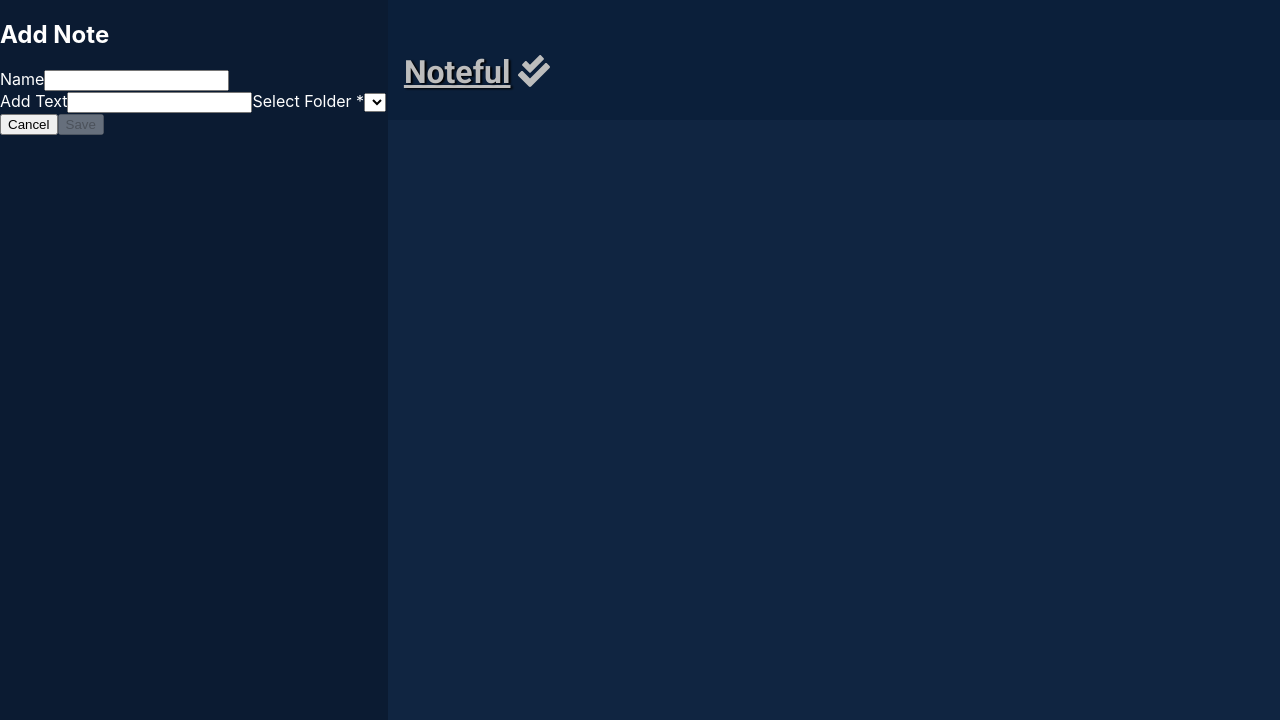
Repository: mhyder1/noteful
Page: /add-note
These files come from the project's save history. The page is drawn as it stood at one moment and after the next save; the edit follows.
The browser window is 1280 px wide. The pictures show the whole page.
The page's requests for data from a server got no answer. The project was rebuilt for these pictures with package versions that can differ from the ones it lists, and the page was loaded fresh each time. No one was signed in, and anything a server would have sent is missing. Also part of the build but not shown: src/CircleButton/CircleButton.css, src/CircleButton/CircleButton.js, src/notes-helpers.js, src/NoteListNav/NoteListNav.css, src/NoteListNav/NoteListNav.js, src/NotePageNav/NotePageNav.css, src/NotePageNav/NotePageNav.js, src/Note/Note.css and 8 more.

Above is the page before, as saved 2020-03-13 09:58:22.

### src/App/App.js
import React, {Component} from 'react';
import {Route, Link} from 'react-router-dom';
import {FontAwesomeIcon} from '@fortawesome/react-fontawesome';
import NoteListNav from '../NoteListNav/NoteListNav';
import NotePageNav from '../NotePageNav/NotePageNav';
import NoteListMain from '../NoteListMain/NoteListMain';
import NotePageMain from '../NotePageMain/NotePageMain';
import ApiContext from '../ApiContext';
import config from '../config';
import AddFolder from '../AddFolder/AddFolder';
import AddNote from '../AddNote/AddNote';
import './App.css';

class App extends Component {
    state = {
        notes: [],
        folders: []
    };

    componentDidMount() {
        Promise.all([
            fetch(`${config.API_ENDPOINT}/notes`),
            fetch(`${config.API_ENDPOINT}/folders`)
        ])
            .then(([notesRes, foldersRes]) => {
                if (!notesRes.ok)
                    return notesRes.json().then(e => Promise.reject(e));
                if (!foldersRes.ok)
                    return foldersRes.json().then(e => Promise.reject(e));

                return Promise.all([notesRes.json(), foldersRes.json()]);
            })
            .then(([notes, folders]) => {
                this.setState({notes, folders});
            })
            .catch(error => {
                console.error({error});
            });
    }

    handleDeleteNote = noteId => {
        this.setState({
            notes: this.state.notes.filter(note => note.id !== noteId)
        });
    };


    addNote = note => {
        this.setState({
            notes: [...this.state.notes, note]
        })
    }

    addFolder = folder => {
        this.setState({
            folders: [...this.state.folders, folder]
        })
    }


    renderNavRoutes() {
        return (
            <>
                {['/', '/folder/:folderId'].map(path => (
                    <Route
                        exact
                        key={path}
                        path={path}
                        component={NoteListNav}
                    />
                ))}
                <Route path="/note/:noteId" component={NotePageNav}  />

                {/*
                    Change render props so that props are sent directly
                */}
                <Route path="/add-folder" render={(props) =>
                    <AddFolder folders={this.state.folders} {...props} />} />
                <Route path="/add-note" render={(props) =>
                    <AddNote folders={this.state.folders} {...props}/> }  />
            </>
        );
    }

    renderMainRoutes() {
        return (
            <>
                {['/', '/folder/:folderId'].map(path => (
                    <Route
                        exact
                        key={path}
                        path={path}
                        component={NoteListMain}
                    />
                ))}
                <Route path="/note/:noteId" component={NotePageMain} />
            </>
        );
    }

    render() {
        const value = {
            notes: this.state.notes,
            folders: this.state.folders,
            deleteNote: this.handleDeleteNote,
            // addNote: this.handleAddNote,
            // addFolder: this.handleAddFolder,
            addNote: this.addNote,
            addFolder: this.addFolder
        };
        return (
            <ApiContext.Provider value={value}>
                <div className="App">
                    <nav className="App__nav">{this.renderNavRoutes()}</nav>
                    <header className="App__header">
                        <h1>
                            <Link to="/">Noteful</Link>{' '}
                            <FontAwesomeIcon icon="check-double" />
                        </h1>
                    </header>
                    <main className="App__main">{this.renderMainRoutes()}</main>
                </div>
            </ApiContext.Provider>
        );
    }
}

export default App;

### src/config.js
export default {
  // API_ENDPOINT: 'https://whispering-lowlands-37902.herokuapp.com'
  API_ENDPOINT: 'http://localhost:9090'
}

### src/AddNote/AddNote.js
import React from 'react';
import { Link } from 'react-router-dom'
import ValidationError from '../AddNote/ValidationError';
import config from '../config';
import NoteError from '../NoteError';
import PropTypes from 'prop-types';
import ApiContext from '../ApiContext';

class AddNote extends React.Component {
    constructor(props) {
        super(props);
        this.state = {
          name: {
            value: '',
            touched: false
          },
          content: '',
          folderId: ''
        }
    }
    static contextType = ApiContext

    updateName(name) {
        this.setState({name: {value: name, touched: true}});
    }

    updateContent(content) {
        this.setState({content: content });
    }

    handleDropdownClick(folderId) {
        console.log(folderId)
        this.setState({folderId: folderId});
    }

    handleSubmit(event) {
        event.preventDefault();
        const {name, folderId, content} = this.state;
        const folderIdInt = parseInt(folderId);


        console.log('handle submit variables name', name );
        console.log('handle submit variables folderId', folderId );
        console.log('handle submit variables content', content );

        let options = {
            method: 'POST',
            body: JSON.stringify({name: name.value, folderid: folderIdInt, content}),
            headers: { 'Content-Type': 'application/json'}
        }
        fetch(`${config.API_ENDPOINT}/note`, options)
            .then(res => res.json())
            .then((result) => {
            this.props.routeProps.history.push('/')
            console.log(result)
            console.log(folderId)

            })
    }

    validateName() {
        const name = this.state.name.value.trim();
        if (name.length === 0) {
          return "Name is required";
        } else if (name.length < 3) {
          return "Name must be at least 3 characters long";
        }
    }

    validateFolder() {
        const folder = this.state.folderID.trim();
        if (folder.length === 0) {
          return "Folder is required";
        }
    }

    render() {
        const {folders} = this.props
        const dropdownItems = folders.map(item => {
            return <option key={item.id} value={item.id}>{item.name}</option>
        })




        return (
            <form className="addnote" onSubmit={e => this.handleSubmit(e)}>
                <h2>Add Note</h2>
                {/* <div className="addnote__hint">* required field</div>   */}
                <div className="form-group">
                    <label htmlFor="name">Name
                    <input type="text" className="name__control"
                        name="name" id="name" onChange={e => this.updateName(e.target.value)}/>
                    {/* {this.state.name.touched && <ValidationError message={'There was an error'} />} */}
                    </label><br />

                    <label htmlFor="content">Add Text
                    <input type="text" className="name__control"
                        name="content" id="content" onChange={e => this.updateContent(e.target.value)}/>
                    </label>

                    <label htmlFor="folder">Select Folder *</label>
                    <select onChange={e => this.handleDropdownClick(e.target.value)}>
                        <option/>
                        {dropdownItems}
                    </select>

                </div>

                <div className="addfolder__button__group">
                <button
                    // tag={Link}
                    to='/'
                    type="reset"
                    className="addnote__button">
                    Cancel
                </button>
                <NoteError>
                    <button
                        // tag={Link}
                        to='/'
                        type="submit"
                        className="addnote__button"
                        disabled={this.validateName()}>
                        Save
                    </button>
                </NoteError>
                </div>
            </form>
        )
    }
}

AddNote.propTypes = {
    name: PropTypes.string,
    content: PropTypes.string,
    folderid: PropTypes.number,
};

export default AddNote;

Loaded but not shown: public/index.html (common file); src/index.js (common file); src/index.css (common file); src/ApiContext.js (common file); src/App/App.css (common file)

After the next save:
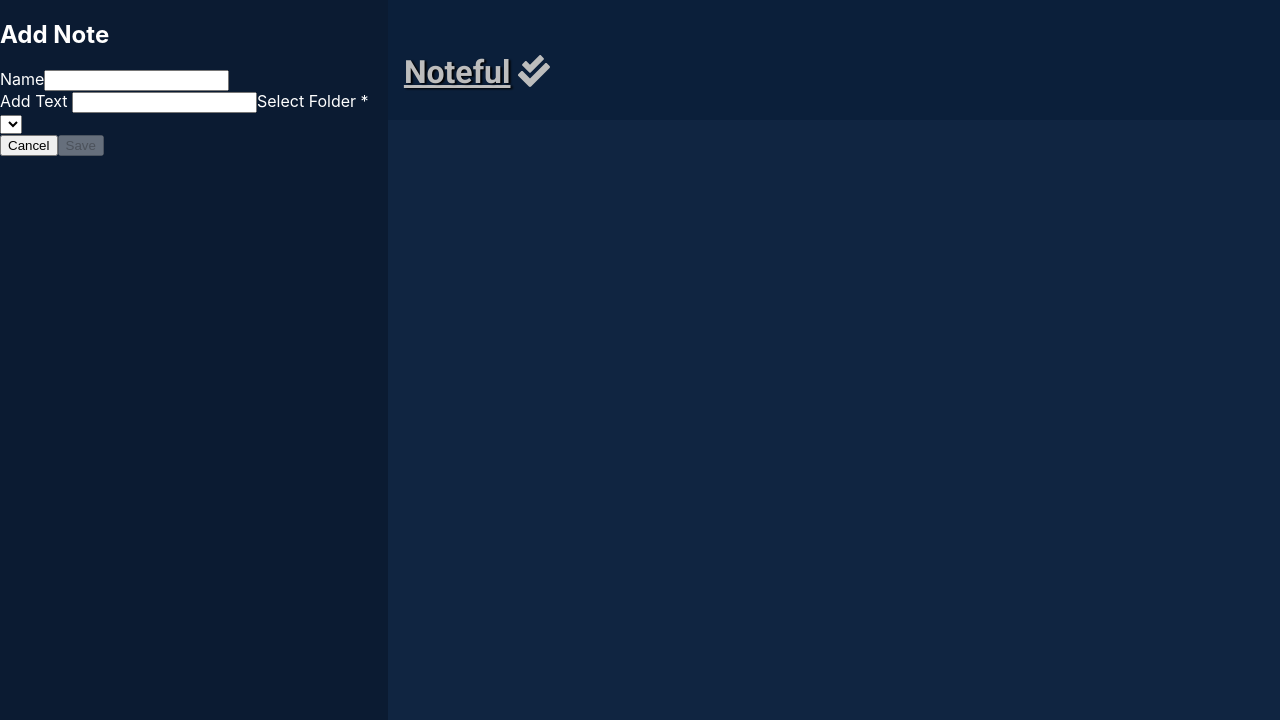
Saved 13 s later.
--- a/src/AddNote/AddNote.js
+++ b/src/AddNote/AddNote.js
@@ -94,7 +94,7 @@
                     {/* {this.state.name.touched && <ValidationError message={'There was an error'} />} */}
                     </label><br />
 
-                    <label htmlFor="content">Add Text
+                    <label htmlFor="content">Add Text{' '}
                     <input type="text" className="name__control"
                         name="content" id="content" onChange={e => this.updateContent(e.target.value)}/>
                     </label>
